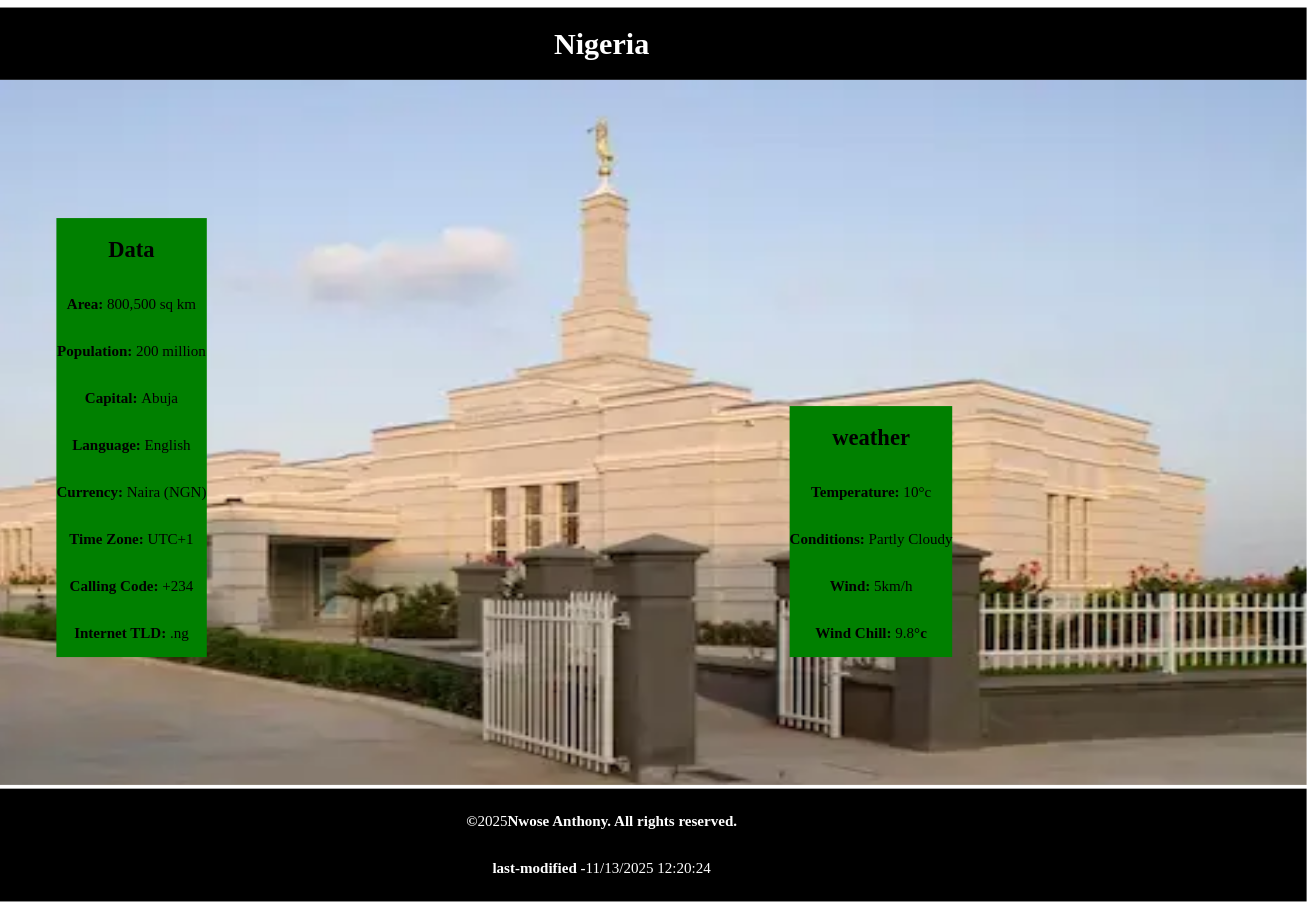
Repository: NoblesNigeria/wdd131
Page: place.html
An editor plug-in stored every save of this project. The page is shown before and after a run of saves, followed by the edit.
The browser window is 1280 px wide. The page is 1390 px wide, so the pictures cover 1390 px, including what lies to the right of the window. The pictures show the whole page, at 94% of full size.

Above is the page before, as saved 2025-11-13 18:37:05.

### place.html
<!DOCTYPE html>
<html lang="en">
<head>
    <meta charset="UTF-8">
    <meta name="viewport" content="width=device-width, initial-scale=1.0">
    <meta name="description" content="This page is showing the weather conditions of the temple area in Nigeria.">
    <meta name="author" content="Nwose Anthony">
    <title>country page</title>
    <link rel="stylesheet" href="styles/place.css">
    <link rel="stylesheet" href="styles/place-large.css" >
    <script src="scripts/place.js" defer></script>
    <link rel="preconnect" href="https://fonts.googleapis.com">
    <link rel="preconnect" href="https://fonts.gstatic.com" crossorigin>
    <link href="https://fonts.googleapis.com/css2?family=Roboto:wght@400;700&display=swap" rel="stylesheet">
</head>
<body>
    <header>
         <h1>Nigeria</h1>
    </header>
    <main>
        <div>
            <picture class="hero">
                <source srcset="images/hero-large.webp" media="max-width: 1000px">
                <source srcset="images/hero-medium.webp" media="max-width: 550px">
                <img src="images/hero-small.webp" alt="Aba Nigeria Temple" width="1500" height="750">
            </picture>
            <figure class="content">
                <h2>weather</h2>

                <p>Temperature: <span id="temperature"></span></p>
                <p>Conditions: <span id="conditions"></span></p>
                <p>Wind: <span id="wind-speed"></span></p>
                <p>Wind Chill: <span id="wind-chill"></span>°c</p>
            </figure>
            <figure class="place-info">
                <h2>Data</h2>
                <p>Area: <span>800,500 sq km</span></p>
                <p>Population: <span>200 million</span></p>
                <p>Capital: <span>Abuja</span></p>
                <p>Language: <span>English</span></p>
                <p>Currency: <span>Naira (NGN)</span></p>
                <p>Time Zone: <span>UTC+1</span></p>
                <p>Calling Code: <span>+234</span></p>
                <p>Internet TLD: <span>.ng</span></p>
            </figure>
        </div>
    </main>
    <footer>
        <p>&copy;  <span id="current-year"></span> Nwose Anthony. All rights reserved.</p>
        <p>last-modified - <span id="last-modified"></span></p>
    </footer>
</body>
</html>

### styles/place.css
body{
        display: grid;
        grid-template-columns: 1fr;
        justify-content: center;

    }
    header{
    display: flex;
    justify-content: center;
    padding: var(--padding);
    font-size: 2rem;
    color: white;
    align-items: center;
    background-color: black;
}

.content{
    display: flex;
    flex-direction: column;
    justify-content: center;
    align-items: center;
    background-color: green;
}
.place-info{
    display: flex;
    flex-direction: column;
    justify-content: center;
    align-items: center;
    font-size: var(--font-size);
    background-color: green;
}
.content img::after{
    top: 20px;
    right: 5px;
    position: absolute;
}

footer{
    display: flex;
    justify-content: center;
    padding: var(--padding);
    font-size: 1rem;
    color: white;
    align-items: center;
    background-color: black;
    flex-direction: column;
}
@media (min-width:40rem){
    body{
        grid-template-columns: 1fr;

    }
    .content{
        display: flex;
        flex-direction: column;
        justify-content: center;
        align-items: center;
        background-color: green;
    }
    .place-info{
        display: flex;
        flex-direction: column;
        justify-content: center;
        align-items: center;
        font-size: var(--font-size);
        background-color: green;
    }
}

### styles/place-large.css
:root{
    --font-size: 1rem;
    --padding: 10px;

}
header h1{
    display: flex;
    justify-content: center;
    margin: 0;
    padding: var(--padding);
    font-size: 2rem;
    color: white;
    align-items: center;
}

div{
    display: grid;
    grid-template-columns: 1fr 1fr auto;
}
.hero{
    width: 100%;
    height: auto;
}
.content{
    position: absolute;
    bottom: 5px;
    left: 800px;
}
.content img{
    top: 20px;
    right: 5px;
    position: absolute;
}
p{
    font-weight: bold;
}
p span{
    font-weight: normal;
}
.place-info{
    position: absolute;
    bottom: 5px;
    left: 20px;
}

footer p{
    display: flex;
    justify-content: center;
    font-size: 1rem;
    color: white;
    align-items: center;
}

### scripts/place.js
// Set current year in footer
document.getElementById('current-year').textContent = new Date().getFullYear();
// Set last modified date in footer
document.getElementById('last-modified').textContent = document.lastModified;

let tem= "10°c";
let cond= "Partly Cloudy";
let windSpd= "5km/h";
let windChill= "9.8°c";
document.getElementById('temperature').textContent = tem;
document.getElementById('conditions').textContent = cond;
document.getElementById('wind-speed').textContent = windSpd;

function calculateWindChill(t, s) {
    let wc = 13.12 + (0.6215 * 10) - (11.37*(5**0.16 )) + (0.3965 * 10 * (5**0.16));
    return wc.toFixed(1);
}
document.getElementById('wind-chill').textContent = calculateWindChill(10, 5);

After the next 3 saves:
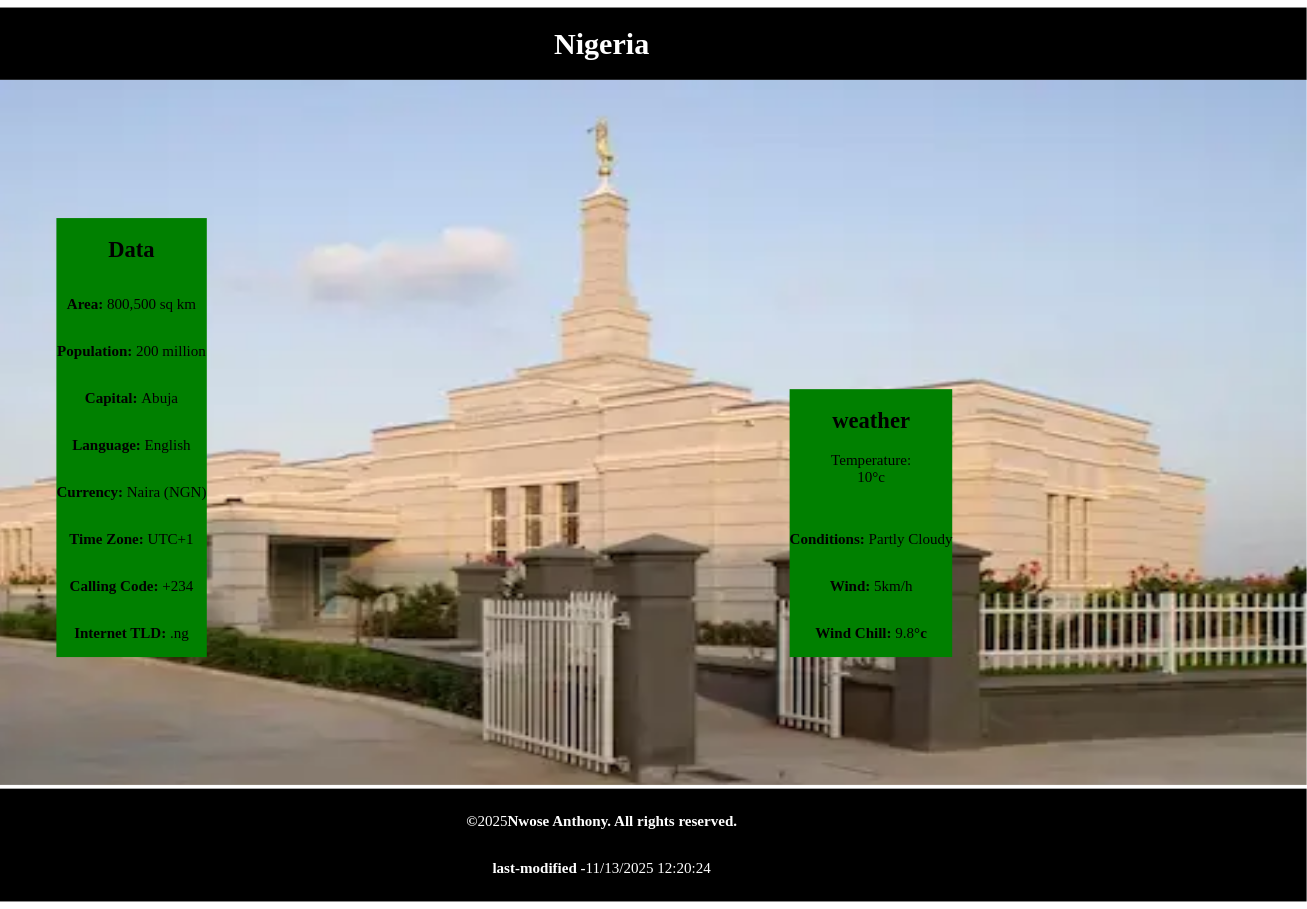
The 3 saves are shown as one change because they came seconds apart.
The last was saved 22 s later.
--- a/place.html
+++ b/place.html
@@ -26,7 +26,7 @@
             </picture>
             <figure class="content">
                 <h2>weather</h2>
-
+                <img
                 <p>Temperature: <span id="temperature"></span></p>
                 <p>Conditions: <span id="conditions"></span></p>
                 <p>Wind: <span id="wind-speed"></span></p>
